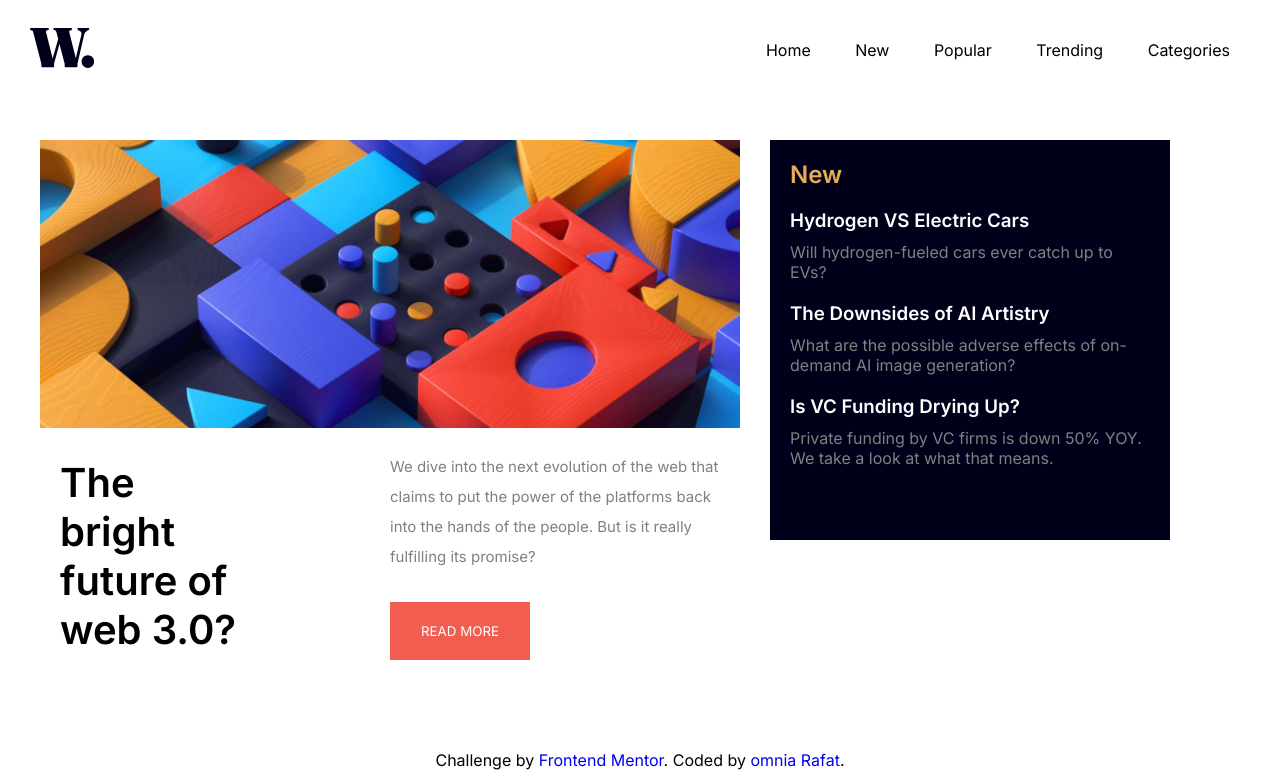
Repository: OmniaRafat232111121/HomePage
Page: index.html
These files come from the project's save history. The page is drawn as it stood at one moment and after a run of saves; the edit follows.
The browser window is 1280 px wide. The pictures show the whole page.

Above is the page before, as saved 2022-12-17 17:19:25.

### index.html
<!DOCTYPE html>
<html lang="en">
<head>
  <meta charset="UTF-8">
  <meta name="viewport" content="width=device-width, initial-scale=1.0"> <!-- displays site properly based on user's device -->

  <link rel="icon" type="image/png" sizes="32x32" href="./assets/images/favicon-32x32.png">

  <title>Frontend Mentor | News homepage</title>
 <link rel="stylesheet" href="style.css">
</head>
<body>
  <!--header start-->
  <header class="header">
    <div class="logo">
      <a href="index.html">
        <img src="./assets/images/logo.svg" alt="image"/>
      </a>
    </div>
    <nav>
      <ul>
        <li href="index.html"><a>Home</a></li>
        <li href="#new"><a>New</a></li>
        <li href="#popular"><a>Popular</a></li>
         <li href="#trending"><a>Trending</a></li>
         <li href="#categories"><a>Categories</a></li>

      </ul>
    </nav>

  </header>
    <!--header ends-->
    <!--home start-->
    <section class="home">
      <div class="container">
        <div class="col-play">
            <img src="./assets/images/image-web-3-desktop.jpg" alt="image"/>
            <div class="content">
              <div class="heading">
                <h1>The bright future of web 3.0?</h1>

              </div>
              <div class="reading">
               <p> We dive into the next evolution of the web that claims to put the power of the platforms back into the hands of the people.
                   But is it really fulfilling its promise?</p>
                 <button>Read More</button>
                  </div>

            </div>
        </div>
        <div class="col-content">
         <div class="new">
         <h2>New</h2>
      <h3><a href="#">Hydrogen VS Electric Cars</a></h3>
      <p>Will hydrogen-fueled cars ever catch up to EVs?</p>
      <h3><a href="#">The Downsides of AI Artistry</a></h3>
      <p>What are the possible adverse effects of on-demand AI image generation?</p>
      <h3><a href="#">Is VC Funding Drying Up?</a></h3>
      <p>Private funding by VC firms is down 50% YOY. We take a look at what that means.</p>

         </div>
        </div>




        <div class="products" id="products">
          <div class="product">
            <div class="image">

            </div>
            <div class="con">

            </div>

          </div>
          <div class="product">

          </div>
          <div class="product">

          </div>

        </div>
      </div>




    </section>
    <!--home end-->
  <div class="attribution">
    Challenge by <a href="https://www.frontendmentor.io?ref=challenge" target="_blank">Frontend Mentor</a>.
    Coded by <a href="#">omnia Rafat</a>.
  </div>
</body>
</html>

### style.css
@import url('https://fonts.googleapis.com/css2?family=Be+Vietnam+Pro:wght@100&family=Inter:wght@100;300;400;500;600&family=Montserrat:wght@400;700&family=Nunito:ital,wght@0,200;0,300;1,200&family=Open+Sans:ital,wght@0,300;0,600;0,700;1,300&family=Poppins:ital,wght@0,200;0,300;0,600;0,800;0,900;1,100;1,200;1,300;1,500&family=Work+Sans:ital,wght@0,100;0,200;0,400;0,500;1,200;1,300&display=swap');
*{
    margin:0;
    padding:0;
    box-sizing: border-box;
    font-family: Inter;
}
ul {
    list-style: none;
}
a{
    text-decoration: none;
}
.header{
    width: 100%;
    height:100px;
    display:flex;
    align-items: center;
    justify-content: space-between;
    padding:30px;
}
.header nav ul li{
    display: inline-block;
    padding:20px;
}
/*home*/
.home{
    padding:40px;
}
.container{
   display: grid;
    grid-template-columns: 700px 60px;
    gap: 30px;


}
.col-play{
    flex-basis: 80%;
}
.col-play img{
    max-width: 100%;
    width:100%;
}
.content{
    display:flex;
    align-items: center;
    justify-content: space-between;
    padding:20px;
}
.heading{
    flex-basis: 50%;
}
.heading h1{
    width:60%;
    font-size: 40px;
    font-weight: bold;
}
.reading{
    flex-basis: 50%;
}
.reading button{
    color:white;
    margin-top: 30px;
    background-color:hsl(5, 85%, 63%);
    border:1px solid transparent;
    padding:20px 30px ;
    text-transform: uppercase;
    display:block;
}
.reading button:hover{
color:hsl(5, 85%, 63%);
background-color: #000;
}
.reading p{
    color:hsl(0, 0%, 50%);
    line-height:2;
    font-size: 15px;
}
.col-content{
    flex-basis: 20%;
}
.new{
    width:400px;
    height:400px;
    background-color: hsl(240, 100%, 5%);
    color:#fff;
    padding:20px;
}

.new h2{
    color:hsl(35, 77%, 62%);
}
.new h3 a{
    color:#fff;
    padding-top: 20px;

}
.new h3{
    margin-top: 20px;
}
.new p{
    color:hsl(0, 0%, 50%);
    margin-top: 10px;
}
.attribution{
    text-align: center;
}

After the next 2 saves:
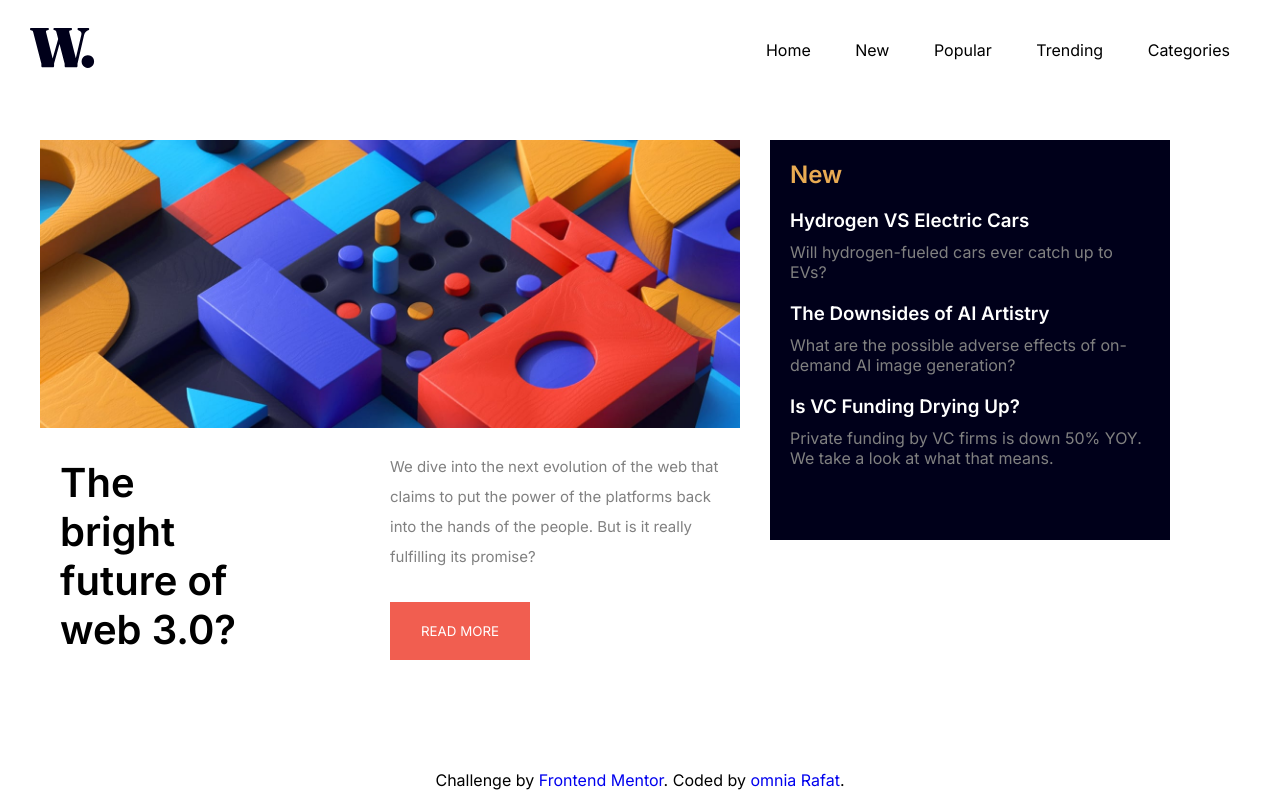
The 2 saves are shown as one change because they came seconds apart.
The last was saved 10 s later.
--- a/index.html
+++ b/index.html
@@ -67,7 +67,7 @@
         <div class="products" id="products">
           <div class="product">
             <div class="image">
-
+            <img/>
             </div>
             <div class="con">
 
